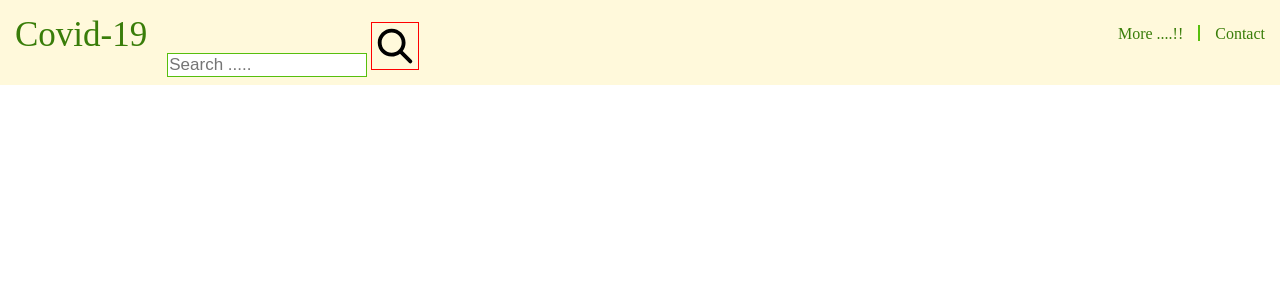
Repository: thuongton98/Covid
Page: html-css-js/index.html
An editor plug-in stored every save of this project. The page is shown before and after the next save, followed by the edit.
The browser window is 1280 px wide. The pictures show the whole page.

Above is the page before, as saved 2021-07-01 09:15:36.

After the next save:
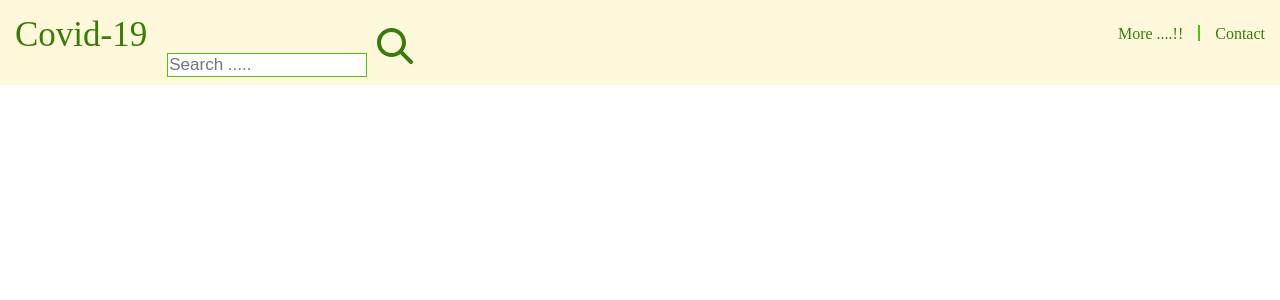
Saved 12 s later.
--- a/html-css-js/styles.css
+++ b/html-css-js/styles.css
@@ -78,5 +78,5 @@ nav .icon .icon-search input{
 }
 
 nav .icon .icon-search svg{
-    border: 1px solid red;
+    fill: #397d09;
 }
